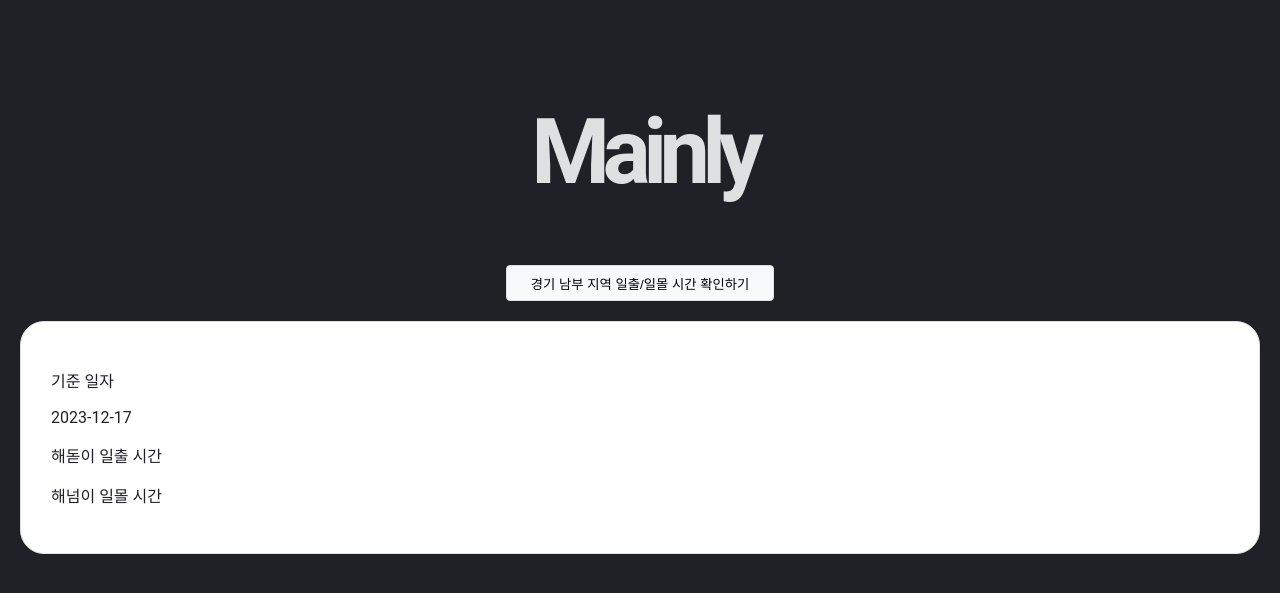
Repository: M1NARTY/WebProgramming
Page: sunsetSunrise.html
An editor plug-in stored every save of this project. The page is shown before and after the next save, followed by the edit.
The browser window is 1280 px wide. The pictures show the whole page.

Above is the page before, as saved 2023-12-21 02:16:33.

After the next save:
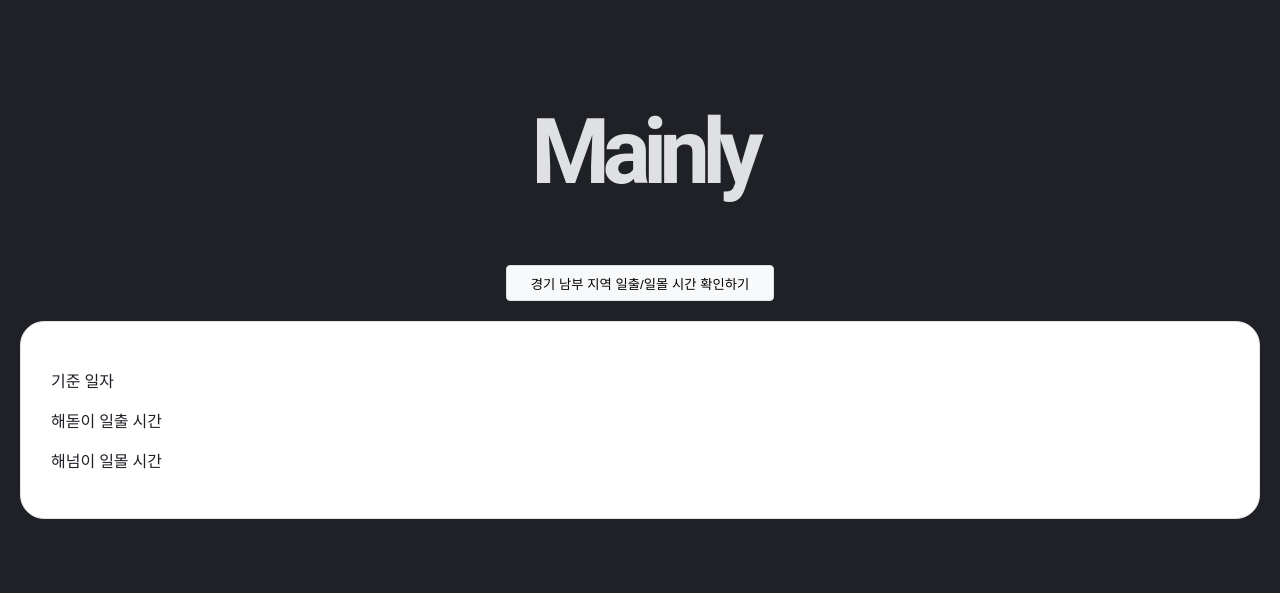
Saved 1 s later.
--- a/sunsetSunrise.html
+++ b/sunsetSunrise.html
@@ -22,11 +22,11 @@
             <dl>
                 <p>기준 일자</p>
                 <p id="date"><script>
-                    var date = new Date();
-                    var year = date.getFullYear();
-                    var month = ("0" + (1 + date.getMonth())).slice(-2);
-                    var day = ("0" + date.getDate()).slice(-2);
-                    document.write(year + "-" + month + "-" + day);
+                    // var date = new Date();
+                    // var year = date.getFullYear();
+                    // var month = ("0" + (1 + date.getMonth())).slice(-2);
+                    // var day = ("0" + date.getDate()).slice(-2);
+                    // document.write(year + "-" + month + "-" + day);
                 </script></p>
                 <p>해돋이 일출 시간</p>
                 <p id="riseTime"></p>
